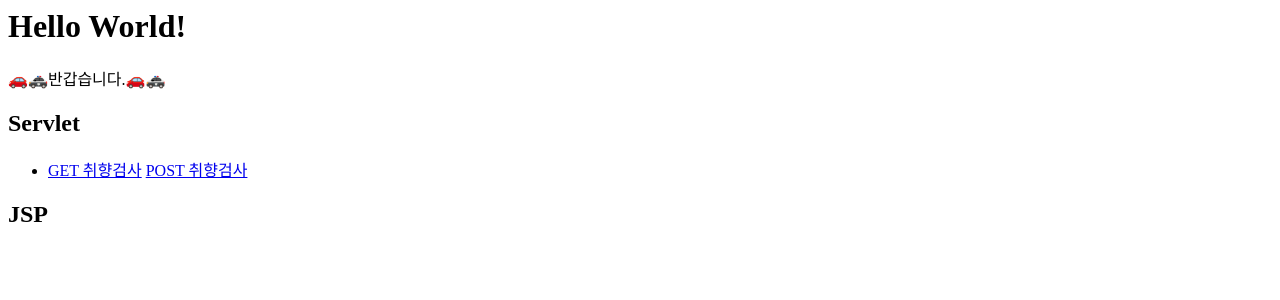
Repository: chayushin/web_server_workspace
Page: http://localhost/hello-web/
The author's editor kept a copy of each file at every save. The page is drawn from the files as they stood at one save, then again after the next save.
The browser window is 1280 px wide. The pictures show the whole page.
The page is served by Tomcat 9.

Above is the page before, as saved 2023-12-06 05:21:43.

After the next save:
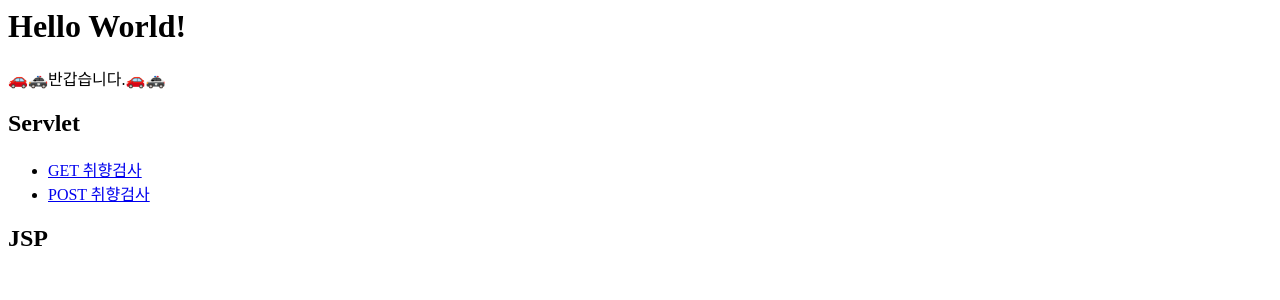
Saved 31 s later.
--- a/hello-web/src/main/webapp/index.jsp
+++ b/hello-web/src/main/webapp/index.jsp
@@ -14,6 +14,9 @@
 		<li>
 			<!-- 서버 절대주소 요청시 /hello-web context-path(앱이름)를 반드시 포함해야 한다. -->
 			<a href="/hello-web/servlet/01_testPerson.html">GET 취향검사</a>
+
+		</li>
+		<li>
 			<a href="/hello-web/servlet/02_testPerson.html">POST 취향검사</a>
 		</li>
 	</ul>
